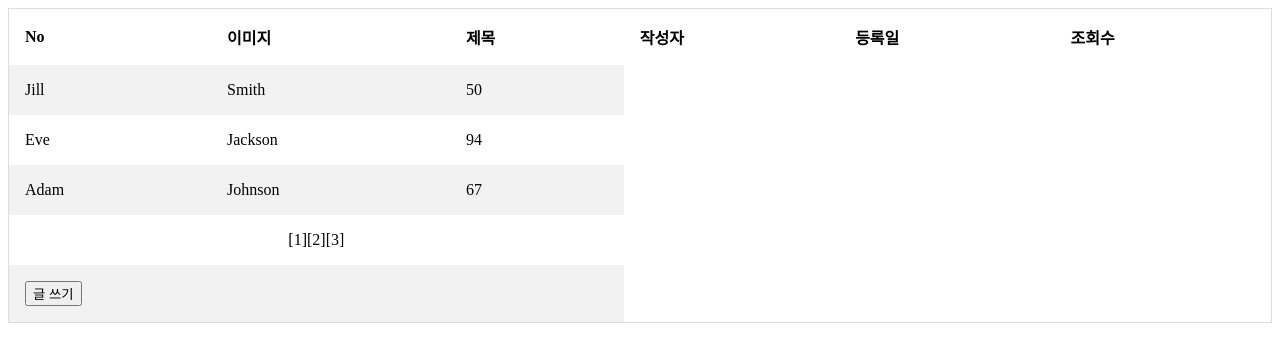
Repository: SyngyeonTak/javaee_workspace
Page: http://localhost/MySite/board/list.jsp
An editor plug-in stored every save of this project. The page is shown before and after the next save, followed by the edit.
The browser window is 1280 px wide. The pictures show the whole page.
The page is served by Tomcat 9.

Above is the page before, as saved 2020-12-11 07:09:17.

After the next save:
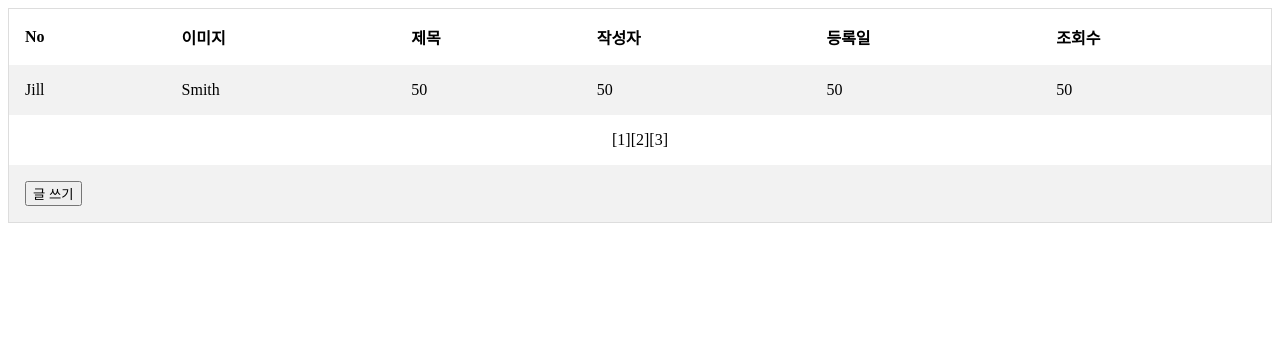
Saved 23 s later.
--- a/MySite/WebContent/board/list.jsp
+++ b/MySite/WebContent/board/list.jsp
@@ -36,24 +36,17 @@ tr:nth-child(even) {
 			<td>Jill</td>
 			<td>Smith</td>
 			<td>50</td>
+			<td>50</td>
+			<td>50</td>
+			<td>50</td>
 		</tr>
 		<tr>
-			<td>Eve</td>
-			<td>Jackson</td>
-			<td>94</td>
-		</tr>
-		<tr>
-			<td>Adam</td>
-			<td>Johnson</td>
-			<td>67</td>
-		</tr>
-		<tr>
-			<td colspan="3" style = "text-align:center;">
+			<td colspan="6" style = "text-align:center;">
 				[1][2][3]
 			</td>
 		</tr>
 		<tr>
-			<td colspan="3">
+			<td colspan="6">
 				<button onclick = "location.href = 'regist_form.jsp'">글 쓰기</button>
 			</td>
 		</tr>
